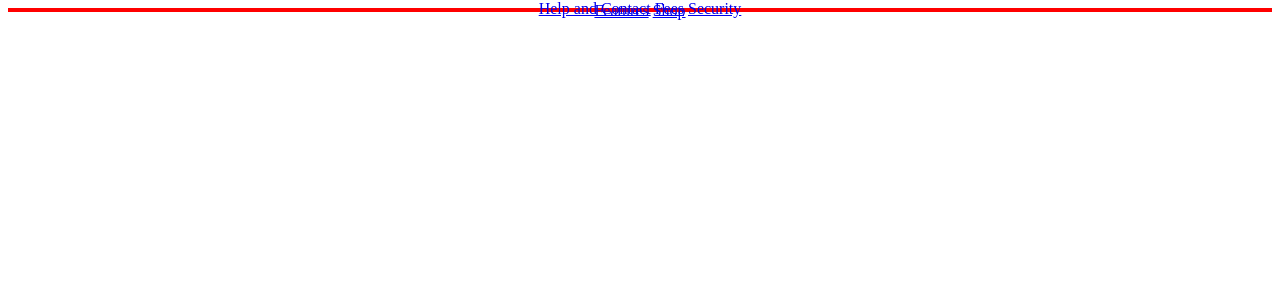
Repository: Jayeola3/Paypal
Page: text.html
An editor plug-in stored every save of this project. The page is shown before and after the next save, followed by the edit.
The browser window is 1280 px wide. The pictures show the whole page.

Above is the page before, as saved 2022-06-29 13:21:18.

After the next save:
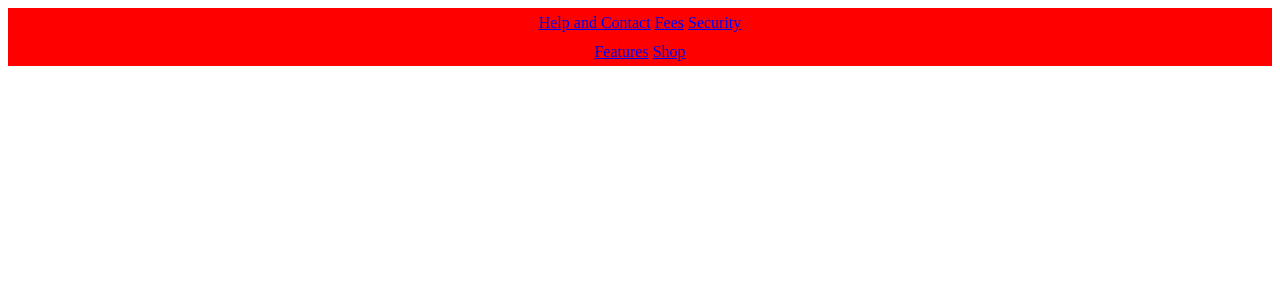
Saved 6 s later.
--- a/text.html
+++ b/text.html
@@ -18,7 +18,7 @@
         .moves{
             background-color: red;
             width: 100%;
-            line-height: 2px;
+            line-height: 29px;
             text-align: center;
         }
     </style>
